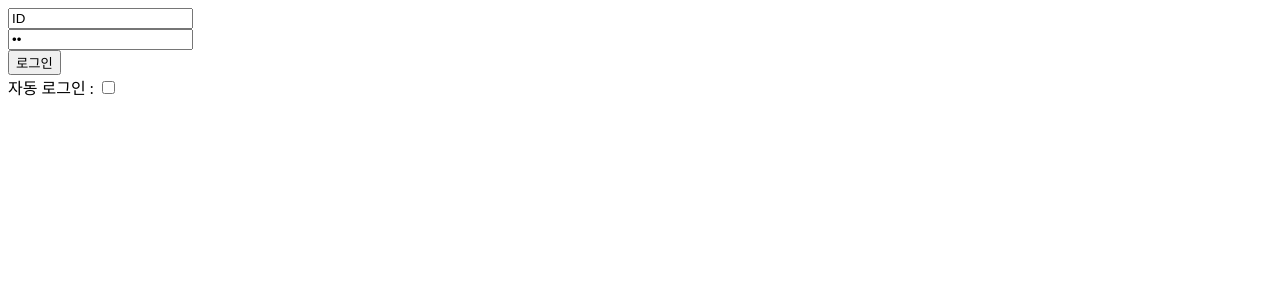
Repository: Yingjae/jsp_practice
Page: http://localhost/JSPBasic/JspObject/3.cookie/cookie_login.jsp
An editor plug-in stored every save of this project. The page is shown before and after a run of saves, followed by the edit.
The browser window is 1280 px wide. The pictures show the whole page.
The page is served by Tomcat 9.

Above is the page before, as saved 2022-02-07 01:23:49.

### JSPBasic/src/main/webapp/JspObject/3.cookie/cookie_login.jsp
<%@ page language="java" contentType="text/html; charset=UTF-8"
    pageEncoding="UTF-8"%>
<%
	// 생성된 user_id 쿠키를 검색해서 쿠키가 존재한다면
	// 로그인창 대신에 브라우저에 "이미 로그인한 사용자 입니다."
	// 를 출력해 주시고, user_id가 없을 때는 로그인 입력창이 등장하도록
	// if~else문을 활용해주세요.


%>
<!DOCTYPE html>
<html>
<head>
<meta charset="UTF-8">
<title>Insert title here</title>
</head>
<body>
<!-- 로그인창은 form으로 구성해 주시면 됩니다.
input text 1개(유저 아이디 입력), input password 1개(비밀번호 입력),
input checkbox 1개 (자동 로그인)
목적지는 cookie_login_ok.jsp -->
	<form action="cookie_login_ok.jsp" method="get">
		<input type="text" name="ID" value="ID"><br/>
		<input type="password" name="PW" value="PW"><br/>
		<input type="submit" value="로그인"><br/>
		자동 로그인 : <input type="checkbox" value="자동로그인">
	</form>
</body>
</html>

After the next 2 saves:
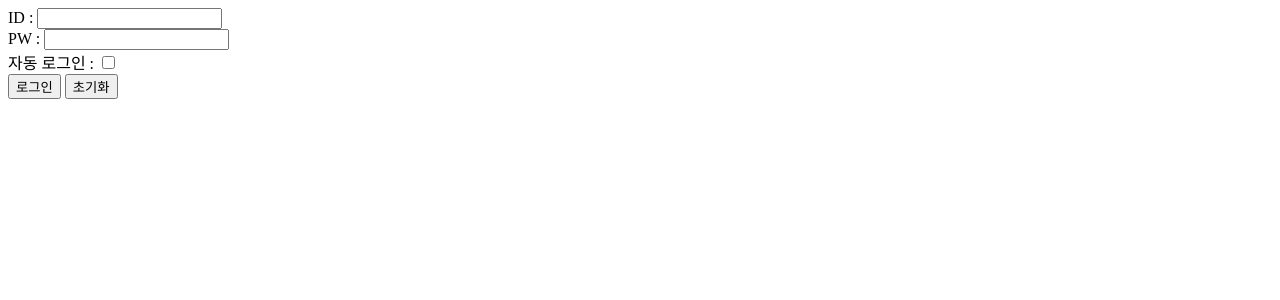
The 2 saves are shown as one change because 1 did not build or start.
The last was saved 42 min 21 s later.
--- a/JSPBasic/src/main/webapp/JspObject/3.cookie/cookie_login.jsp
+++ b/JSPBasic/src/main/webapp/JspObject/3.cookie/cookie_login.jsp
@@ -19,11 +19,12 @@
 input text 1개(유저 아이디 입력), input password 1개(비밀번호 입력),
 input checkbox 1개 (자동 로그인)
 목적지는 cookie_login_ok.jsp -->
-	<form action="cookie_login_ok.jsp" method="get">
-		<input type="text" name="ID" value="ID"><br/>
-		<input type="password" name="PW" value="PW"><br/>
-		<input type="submit" value="로그인"><br/>
-		자동 로그인 : <input type="checkbox" value="자동로그인">
+	<form action="cookie_login_ok.jsp">
+		ID : <input type="text" name="userId"><br/>
+		PW : <input type="password" name="userPw"><br/>
+		자동 로그인 : <input type="checkbox" name="outo" value="checked"><br/>
+		<input type="submit" value="로그인">
+		<input type="reset" value="초기화">
 	</form>
 </body>
 </html>
